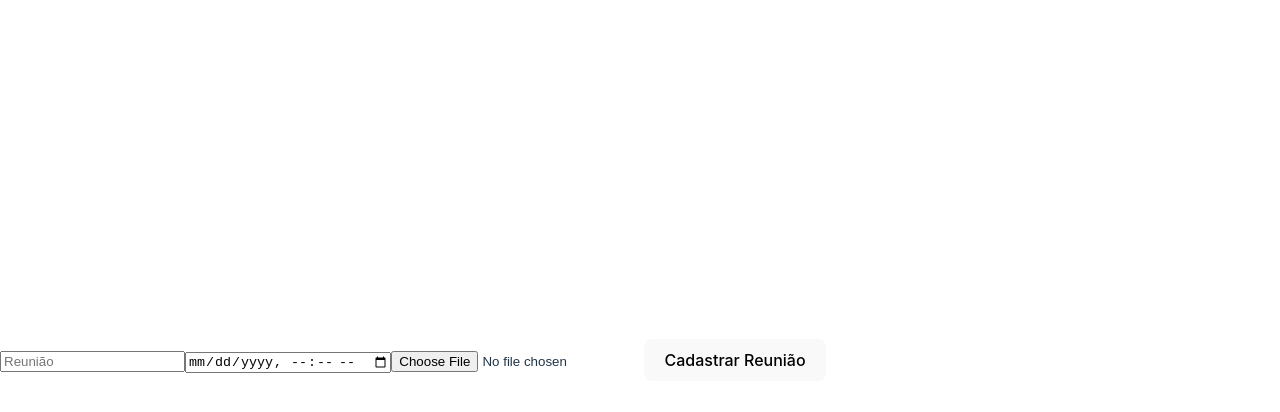
Repository: TamiBeira/meeting
Page: /
An editor plug-in stored every save of this project. The page is shown before and after the next save, followed by the edit.
The browser window is 1280 px wide. The pictures show the whole page.
The project was rebuilt for these pictures with package versions that can differ from the ones it lists, and the page was loaded fresh each time. Also part of the build but not shown: vite.config.ts.

Above is the page before, as saved 2024-02-26 10:40:27.

### index.html
<!doctype html>
<html lang="pt">
  <head>
    <meta charset="UTF-8" />
    <meta name="viewport" content="width=device-width, initial-scale=1.0" />
    <title>Meeting</title>
  </head>
  <body>
    <div id="root"></div>
    <script type="module" src="/src/main.tsx"></script>
  </body>
</html>

### src/app.tsx
import { Calendar } from "./components/Calendar"
import { Form } from "./components/Form"

export function App() {
  return(
    <main>
      <Form />
    </main>
  )
}

### src/components/Form.tsx
import { useState } from "react";

export const Form = () =>{
    const [data, setData] = useState();
    const [hora, setHora] = useState();
    const [imagem, setImagem] = useState();
    const [title, setTitle] = useState();

    return(
        <main>
            <div>
                <input type="text" placeholder="Reunião" />
                <input type="datetime-local" name="" id="" />
                <input type="file" name="" id="" />
                <button>Cadastrar Reunião</button>
            </div>
        </main>
    )
}

Loaded but not shown: src/main.tsx (common file); src/index.css (common file)

After the next save:
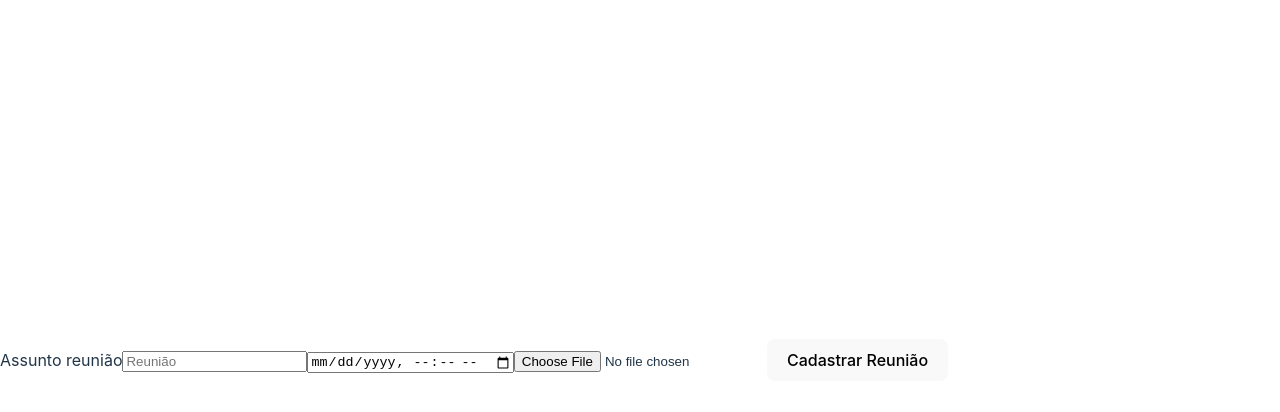
Saved 53 s later.
--- a/src/components/Form.tsx
+++ b/src/components/Form.tsx
@@ -9,7 +9,8 @@ export const Form = () =>{
     return(
         <main>
             <div>
-                <input type="text" placeholder="Reunião" />
+                <label htmlFor="reuniao">Assunto reunião</label>
+                <input type="text" placeholder="Reunião" id="reuniao"/>
                 <input type="datetime-local" name="" id="" />
                 <input type="file" name="" id="" />
                 <button>Cadastrar Reunião</button>
